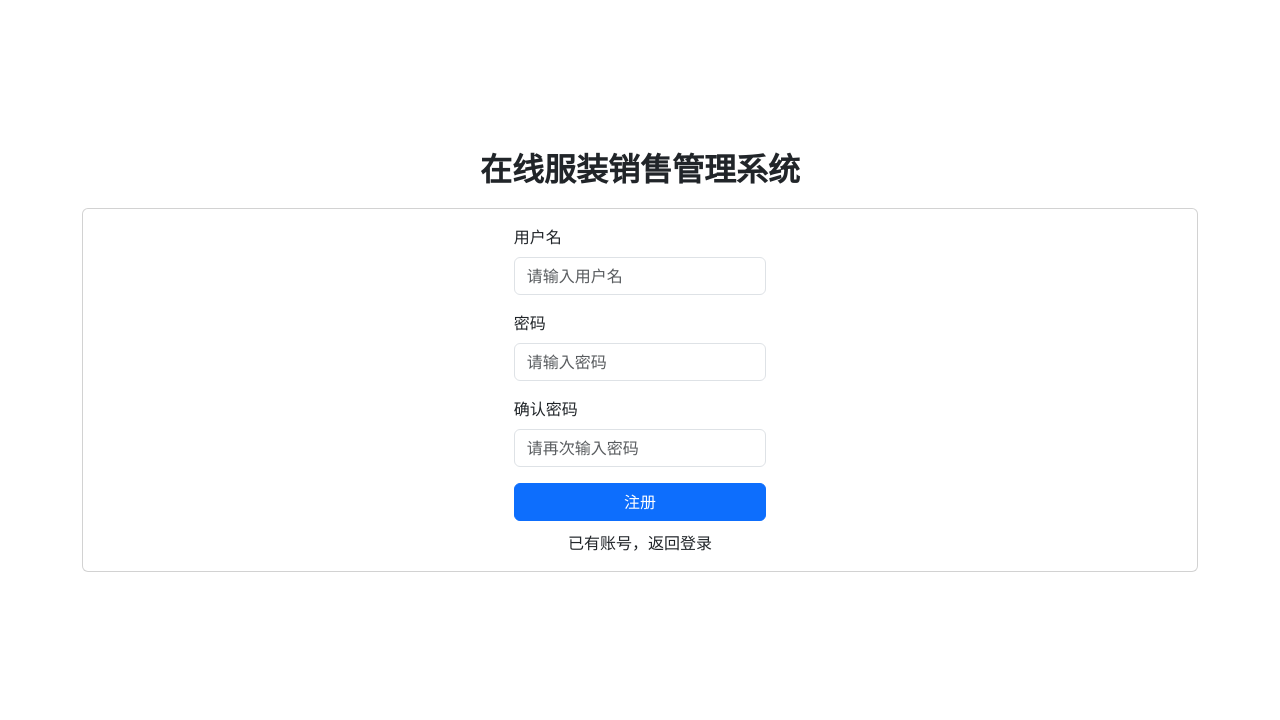
Repository: squawktop/CFS
Page: /user/register (app in web/)
An editor plug-in stored every save of this project. The page is shown before and after a run of saves, followed by the edit.
The browser window is 1280 px wide. The pictures show the whole page.
The project was rebuilt for these pictures with package versions that can differ from the ones it lists, and the page was loaded fresh each time. Also part of the build but not shown: web/vue.config.js, web/src/views/LoginView.vue, web/src/components/NavBar.vue, web/src/views/HomeView.vue, web/src/views/UsersManageView.vue, web/src/views/PersonalCenterView.vue, web/src/views/GoodsManageView.vue, web/src/views/OrdersManageView.vue and 1 more.

Above is the page before, as saved 2024-03-23 18:23:33.

### web/src/App.vue
<template>
  <RouterView></RouterView>
</template>

<script>


// 导入bootstrap
import "bootstrap/dist/css/bootstrap.min.css"
import "bootstrap/dist/js/bootstrap"
// import { ref } from "vue";

// import $ from 'jquery';
export default {
  components: {

  }
  ,
  setup() {
    // const user_id = ref("");
    // const username = ref("");
    // const password = ref("");

    // $.ajax({
    //   type: "get",
    //   url: "http://127.0.0.1:3000/user/getlist",
    //   success(resp) {
    //     user_id.value = resp[0].id;
    //     username.value = resp[0].username;
    //     password.value = resp[0].password;

    //   },
    //   error() {
    //     this.user_id = "error"
    //   }
    // })




    return {

    }
  }

}

</script>

<style></style>

### web/src/router/index.js
import { createRouter, createWebHistory } from 'vue-router'
// import HomeView from '../views/HomeView.vue'
import LoginView from '../views/LoginView.vue'
import RegisterView from '../views/RegisterView.vue'
import HomeView from '../views/HomeView.vue'
import UsersManageView from '../views/UsersManageView.vue'
import PersonalCenterView from '../views/PersonalCenterView.vue'
import GoodsManageView from '../views/GoodsManageView.vue'
import OrdersManageView from '../views/OrdersManageView.vue'
import NotFound from '../views/NotFoundView.vue'
import store from '@/store/index'

const routes = [
  {
    path: '/',
    name: 'home',
    component: HomeView,
    // redirect: "/user/register",
    meta: { //该页面是否需要授权      //随便写， 也可以设置为   flag : true;
      requestAuth: true,
    }
  },

  {
    path: '/user/login',
    name: 'user_login',
    component: LoginView,
    meta: {
      requestAuth: false,
    }
  },

  {
    path: '/user/register',
    name: 'user_register',
    component: RegisterView,
    meta: { //该页面是否需要授权
      requestAuth: false,
    }
  },
  {
    path: '/user/personalcenter',
    name: 'personal_center',
    component: PersonalCenterView,
    meta: { //该页面是否需要授权
      requestAuth: true,
    }
  },

  {
    path: '/user/usermanage',
    name: 'user_manage',
    component: UsersManageView,
    meta: { //该页面是否需要授权
      requestAuth: true,
    }
  }
  ,
  {
    path: '/goods/manage',
    name: 'goods_manage',
    component: GoodsManageView,
    meta: { //该页面是否需要授权
      requestAuth: true,
    }
  }, {
    path: '/orders/manage',
    name: 'orders_manage',
    component: OrdersManageView,
    meta: { //该页面是否需要授权
      requestAuth: true,
    }
  },


  {
    path: "/404/",
    name: "404",
    component: NotFound
  },
  {
    path: "/:catchAll(.*)",
    redirect: "/404/",  //页面重定向到404
  }
]

const router = createRouter({
  history: createWebHistory(),
  routes
})

router.beforeEach((to, from, next) => {
  if (to.meta.requestAuth && !store.state.user.is_login) {
    next({ name: "user_login" });
  } else {
    next();
  }
})

export default router

### web/src/store/index.js
import { createStore } from 'vuex'
import ModuleUser from '@/store/user'

export default createStore({
  state: {
  },
  getters: {
  },
  mutations: {
  },
  actions: {
  },
  modules: {
    user: ModuleUser,
  }
})

### web/src/views/RegisterView.vue
<template>
    <div class="background">
        <h2>在线服装销售管理系统</h2>
        <ContentField>
            <div class="row justify-content-md-center">
                <div class="col-3">
                    <form @submit.prevent="register">
                        <div class="mb-3">
                            <label for="username" class="form-label">用户名</label>
                            <input v-model="username" type="text" class="form-control" id="username"
                                placeholder="请输入用户名" />
                        </div>
                        <div class="mb-3">
                            <label for="password" class="form-label">密码</label>
                            <input v-model="password" type="password" class="form-control" id="password"
                                placeholder="请输入密码" />
                        </div>
                        <div class="mb-3">
                            <label for="confirmedPassword" class="form-label">确认密码</label>
                            <input v-model="confirmedPassword" type="password" class="form-control"
                                id="confirmedPassword" placeholder="请再次输入密码" />
                        </div>
                        <div class="error-message">{{ error_message }} </div>
                        <button type="submit" class="btn btn-primary">注册</button>
                        <div class="tip" @click="loginview">已有账号，返回登录</div>
                    </form>
                </div>
            </div>
        </ContentField>
    </div>

</template>

<script>
import ContentField from "@/components/ContentField.vue";
import { ElMessage } from 'element-plus'
import { ref } from 'vue'
import router from "@/router/index";
import $ from 'jquery'

export default {
    components: {
        ContentField,
    },
    setup() {
        let username = ref('');
        let password = ref('');
        let confirmedPassword = ref('');
        let error_message = ref('');

        const register = () => {
            $.ajax({
                url: "http://127.0.0.1:3000/api/user/account/register/",
                type: "post",
                data: {
                    username: username.value,
                    password: password.value,
                    confirmedPassword: confirmedPassword.value,
                },
                success(resp) {
                    if (resp.error_message === 'success') {
                        ElMessage.success("注册成功，请登录");
                        router.push({ name: "user_login" });
                    } else {
                        error_message.value = resp.error_message;
                    }
                }
            })
        }

        const loginview = () => {
            router.push({ name: "user_login" });
        }

        return {
            username,
            password,
            confirmedPassword,
            error_message,
            register,
            loginview,
        }
    }
};
</script>

<style scoped>
h2 {

    text-align: center;
    margin-top: 150px;
    font-weight: bold;
}

button {
    width: 100%;
}

div.error-message {
    color: red;
}

.tip {
    cursor: pointer;
    text-align: center;
    margin-top: 10px;

}

.tip:hover {
    text-decoration: underline;
}
</style>

### web/src/store/user.js
import router from '@/router';
import $ from 'jquery'
export default {
    state: {
        id: "",
        username: "",
        photo: "",
        token: "",
        is_login: false,
        pulling_info: true,
    },
    getters: {
    },
    mutations: {        //一般是用来修改数据的
        updateUser(state, user) {
            state.id = user.id;
            state.username = user.username;
            state.photo = user.photo;
            state.is_login = user.is_login;
        },
        updateToken(state, token) {
            state.token = token;
        },
        logout(state) {
            state.id = "";
            state.username = "";
            state.photo = "";
            state.token = "";
            state.is_login = false;
            router.push({ name: "user_login" });
        },
        updatePullingInfo(state, pulling_info) {
            state.pulling_info = pulling_info;
        },
    },

    actions: {

        login(context, data) {
            $.ajax({
                url: "http://127.0.0.1:3000/api/user/account/token/",
                type: "post",
                data: {
                    username: data.username,
                    password: data.password,
                },
                success(resp) {
                    if (resp.error_message === "success") {
                        localStorage.setItem("jwt_token", resp.token);
                        context.commit("updateToken", resp.token);
                        data.success(resp);
                    } else {
                        data.error(resp);
                    }
                },
                error(resp) {
                    data.error(resp)
                },
            });
        },
        getinfo(context, data) {
            $.ajax({
                url: "http://127.0.0.1:3000/api/user/account/info/",
                type: "get",
                headers: {
                    Authorization:
                        "Bearer " + context.state.token,
                },
                success(resp) {
                    if (resp.error_message === "success") {
                        // console.log(resp);
                        context.commit("updateUser", {
                            ...resp,
                            is_login: true,

                        });
                        data.success(resp);
                    } else {
                        data.success(resp);
                    }

                },
                error(resp) {
                    data.error(resp);
                },
            });

        },
        logout(context) {
            localStorage.removeItem("jwt_token");
            context.commit("logout")
        }
    },
    modules: {
    }
}

### web/src/components/ContentField.vue
<template>
    <div class="container content-field">
        <div class="card">
            <div class="card-body">
                <slot></slot>
            </div>
        </div>
    </div>
</template>

<script>
</script>

<style scoped>
div.content-field {
    margin-top: 20px;
}
</style>

Loaded but not shown: web/public/index.html (common file); web/src/main.js (common file)

After the next 2 saves:
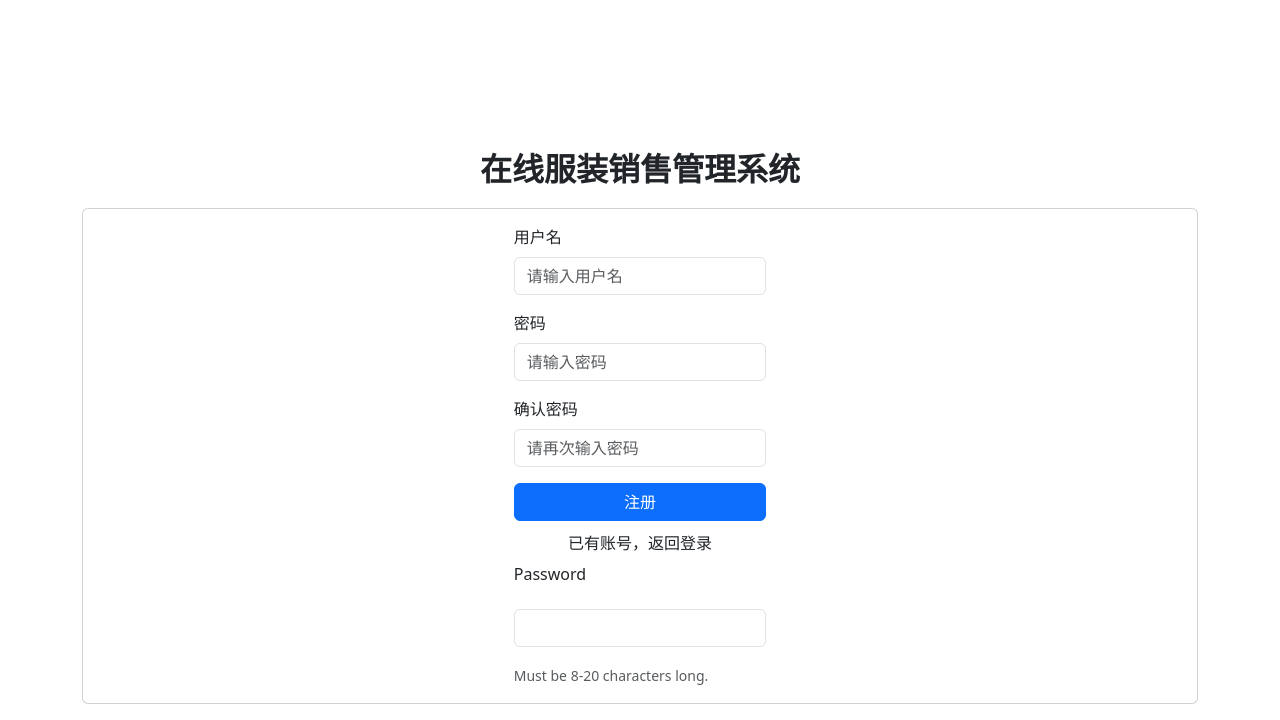
The 2 saves are shown as one change because they came seconds apart.
The last was saved 90 s later.
--- a/web/src/views/RegisterView.vue
+++ b/web/src/views/RegisterView.vue
@@ -23,6 +23,25 @@
                         <div class="error-message">{{ error_message }} </div>
                         <button type="submit" class="btn btn-primary">注册</button>
                         <div class="tip" @click="loginview">已有账号，返回登录</div>
+
+
+
+                        <div class="row g-3 align-items-center">
+  <div class="col-auto">
+    <label for="inputPassword6" class="col-form-label">Password</label>
+  </div>
+  <div class="col-auto">
+    <input type="password" id="inputPassword6" class="form-control" aria-describedby="passwordHelpInline">
+  </div>
+  <div class="col-auto">
+    <span id="passwordHelpInline" class="form-text">
+      Must be 8-20 characters long.
+    </span>
+  </div>
+</div>
+
+
+
                     </form>
                 </div>
             </div>
